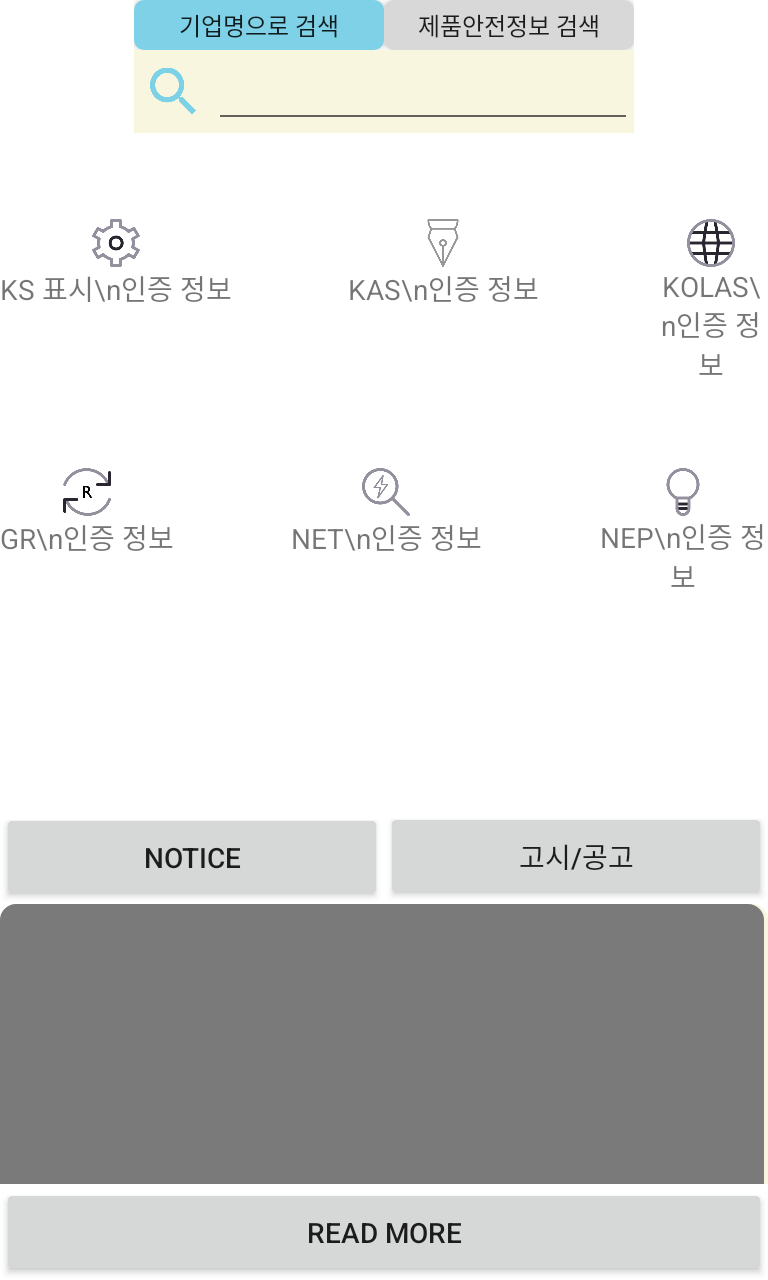
Repository: team-peony/ccfinder
Layout: android/CertifiedCompanyFinder/res/layout/fragment_main.xml
These files come from the project's save history. The layout is drawn as it stood at one moment and after a run of saves; the edit follows.
It is drawn on a 768 x 1280 px phone screen (xhdpi) without system bars, with theme AppTheme; the app's code is not run. Lists and similar views that code fills are empty.

Above is the layout before, as saved 2015-02-19 17:33:45.

### android/CertifiedCompanyFinder/res/layout/fragment_main.xml
<RelativeLayout xmlns:android="http://schemas.android.com/apk/res/android"
    xmlns:tools="http://schemas.android.com/tools"
    android:layout_width="match_parent"
    android:layout_height="match_parent"
    android:layout_marginTop="20dp"
    android:background="#FFFFFF"
    tools:context="com.peony.ccfinder.MainActivity$PlaceholderFragment" >

    <!-- 검색어 입력창 부분 -->
    <LinearLayout
        android:id="@+id/main_llSearch"
        android:layout_centerHorizontal="true"
        android:layout_width="250dp"
        android:layout_height="wrap_content"
        android:orientation="vertical">

        <LinearLayout
            android:layout_width="match_parent"
            android:layout_height="wrap_content"
            android:orientation="horizontal">
            <Button
                android:id="@+id/main_btnCompany"
                android:layout_width="0dp"
                android:layout_height="25dp"
                android:layout_weight="1"
                android:padding="0dp"
                android:textSize="12sp"
                android:background="@drawable/search_type_selected"
                android:text="기업명으로 검색"/>

            <Button
                android:id="@+id/main_btnSafety"
                android:layout_width="0dp"
                android:layout_height="25dp"
                android:layout_weight="1"
                android:padding="0dp"
                android:textSize="12sp"
                android:background="@drawable/search_type_unselected"
                android:text="제품안전정보 검색"/>

        </LinearLayout>

        <LinearLayout
            android:layout_width="match_parent"
            android:layout_height="wrap_content"
            android:orientation="horizontal"
            android:background="@color/cc_color_bage"
            android:gravity="center_vertical">

            <ImageView
                android:layout_width="23dp"
                android:layout_height="25dp"
                android:layout_margin="8dp"
                android:src="@drawable/search_icon" />

            <EditText
                android:id="@+id/main_etKeyword"
                android:layout_width="match_parent"
                android:layout_height="wrap_content"
                android:singleLine="true"
                android:imeOptions="actionSearch"/>

        </LinearLayout>
    </LinearLayout>


    <!-- 카테고리 부분 -->
    <LinearLayout
        android:id="@+id/main_llCategories"
        android:layout_width="wrap_content"
        android:layout_height="wrap_content"
        android:layout_marginTop="43dp"
        android:orientation="vertical"
        android:layout_centerHorizontal="true"
        android:layout_below="@id/main_llSearch">
        <!-- 카테고리 상단 -->
        <LinearLayout
            android:layout_width="wrap_content"
            android:layout_height="wrap_content"
            android:orientation="horizontal">

            <!-- KS -->
            <LinearLayout
                android:id="@+id/main_llCategoryKs"
                android:layout_width="wrap_content"
                android:layout_height="wrap_content"
                android:orientation="vertical"
                android:gravity="center">
	            <ImageView
	                android:layout_width="@dimen/category_icon_size"
	                android:layout_height="@dimen/category_icon_size"
	                android:src="@drawable/ks_icon" />

	            <TextView
	                android:layout_width="wrap_content"
	                android:layout_height="wrap_content"
	                android:text="KS 표시\n인증 정보"
	                android:gravity="center"/>
	        </LinearLayout>

            <!-- KAS -->
            <LinearLayout
                android:id="@+id/main_llCategoryKas"
                android:layout_width="wrap_content"
                android:layout_height="wrap_content"
                android:layout_marginLeft="@dimen/category_padding"
                android:layout_marginRight="@dimen/category_padding"
                android:orientation="vertical"
                android:gravity="center">
	            <ImageView
	                android:layout_width="@dimen/category_icon_size"
	                android:layout_height="@dimen/category_icon_size"
	                android:src="@drawable/kas_icon" />

	            <TextView
	                android:layout_width="wrap_content"
	                android:layout_height="wrap_content"
	                android:text="KAS\n인증 정보"
	                android:gravity="center"/>
	        </LinearLayout>

            <!-- KOLAS -->
            <LinearLayout
                android:id="@+id/main_llCategoryKolas"
                android:layout_width="wrap_content"
                android:layout_height="wrap_content"
                android:orientation="vertical"
                android:gravity="center">
	            <ImageView
	                android:layout_width="@dimen/category_icon_size"
	                android:layout_height="@dimen/category_icon_size"
	                android:src="@drawable/kolas_icon" />

	            <TextView
	                android:layout_width="wrap_content"
	                android:layout_height="wrap_content"
	                android:text="KOLAS\n인증 정보"
	                android:gravity="center"/>
	        </LinearLayout>

        </LinearLayout>


        <!-- 카테고리 하단 -->
        <LinearLayout
            android:layout_marginTop="42dp"
            android:layout_width="wrap_content"
            android:layout_height="wrap_content"
            android:orientation="horizontal">
            <!-- GR -->
            <LinearLayout
                android:id="@+id/main_llCategoryGr"
                android:layout_width="wrap_content"
                android:layout_height="wrap_content"
                android:orientation="vertical"
                android:gravity="center">
	            <ImageView
	                android:layout_width="@dimen/category_icon_size"
	                android:layout_height="@dimen/category_icon_size"
	                android:src="@drawable/gr_icon" />

	            <TextView
	                android:layout_width="wrap_content"
	                android:layout_height="wrap_content"
	                android:text="GR\n인증 정보"
	                android:gravity="center"/>
	        </LinearLayout>

            <!-- NET -->
            <LinearLayout
                android:id="@+id/main_llCategoryNet"
                android:layout_width="wrap_content"
                android:layout_height="wrap_content"
                android:layout_marginLeft="@dimen/category_padding"
                android:layout_marginRight="@dimen/category_padding"
                android:orientation="vertical"
                android:gravity="center">
	            <ImageView
	                android:layout_width="@dimen/category_icon_size"
	                android:layout_height="@dimen/category_icon_size"
	                android:src="@drawable/net_icon" />

	            <TextView
	                android:layout_width="wrap_content"
	                android:layout_height="wrap_content"
	                android:text="NET\n인증 정보"
	                android:gravity="center"/>
	        </LinearLayout>

            <!-- NEP -->
            <LinearLayout
                android:id="@+id/main_llCategoryNep"
                android:layout_width="wrap_content"
                android:layout_height="wrap_content"
                android:orientation="vertical"
                android:gravity="center">
	            <ImageView
	                android:layout_width="@dimen/category_icon_size"
	                android:layout_height="@dimen/category_icon_size"
	                android:src="@drawable/nep_icon" />

	            <TextView
	                android:layout_width="wrap_content"
	                android:layout_height="wrap_content"
	                android:text="NEP\n인증 정보"
	                android:gravity="center"/>
	        </LinearLayout>

        </LinearLayout>

    </LinearLayout>

    <!-- 공지 사항 -->
    <LinearLayout
        android:id="@+id/main_llNoticeArea"
        android:layout_width="match_parent"
        android:layout_height="wrap_content"
        android:orientation="vertical"
        android:layout_alignParentBottom="true">

        <!-- 공지 탭 -->
        <LinearLayout
            android:layout_width="match_parent"
            android:layout_height="wrap_content"
            android:orientation="horizontal">
            <Button
	            android:id="@+id/main_btnTabNotice"
	            android:layout_width="0dp"
	            android:layout_height="wrap_content"
	            android:layout_weight="1"
	            android:text="NOTICE"/>

	        <Button
	            android:id="@+id/main_btnTabGosi"
	            android:layout_width="0dp"
	            android:layout_height="wrap_content"
	            android:layout_weight="1"
	            android:text="고시/공고"/>
        </LinearLayout>

        <ListView
            android:id="@+id/main_lvNotices"
            android:layout_width="match_parent"
            android:layout_height="140dp"
            android:background="@drawable/notice_tab_selected"/>

        <Button
	            android:id="@+id/main_btnReadMore"
	            android:layout_width="match_parent"
	            android:layout_height="wrap_content"
	            android:text="Read more"/>
    </LinearLayout>

</RelativeLayout>

### android/CertifiedCompanyFinder/res/values/styles.xml
<resources>

    <!--
        Base application theme, dependent on API level. This theme is replaced
        by AppBaseTheme from res/values-vXX/styles.xml on newer devices.
    -->
    <style name="AppBaseTheme" parent="Theme.AppCompat.Light">
        <!--
            Theme customizations available in newer API levels can go in
            res/values-vXX/styles.xml, while customizations related to
            backward-compatibility can go here.
        -->
    </style>

    <!-- Application theme. -->
    <style name="AppTheme" parent="AppBaseTheme">
        <!-- All customizations that are NOT specific to a particular API-level can go here. -->
    </style>

</resources>

### android/CertifiedCompanyFinder/res/drawable/search_type_selected.xml
<?xml version="1.0" encoding="utf-8"?>
<shape xmlns:android="http://schemas.android.com/apk/res/android" >
    <solid android:color="@color/cc_color_skyblue"/>
    <corners android:radius="5dp"/>
    <padding android:left="10dp"
        android:top="10dp"
        android:right="10dp"
        android:bottom="10dp"/>

</shape>

### android/CertifiedCompanyFinder/res/drawable/search_type_unselected.xml
<?xml version="1.0" encoding="utf-8"?>
<shape xmlns:android="http://schemas.android.com/apk/res/android" >
    <solid android:color="@color/cc_color_unselected"/>
    <corners android:radius="5dp"/>
    <padding android:left="10dp"
        android:top="10dp"
        android:right="10dp"
        android:bottom="10dp"/>

</shape>

### android/CertifiedCompanyFinder/res/values/colors.xml
<?xml version="1.0" encoding="utf-8"?>
<resources>
    <color name="cc_color_bage">#F8F6DF</color>
    <color name="cc_color_skyblue">#7ED1E6</color>
    <color name="cc_color_unselected">#D8D8D8</color>
    <color name="cc_color_shadow">#7A7A7A</color>
</resources>

### android/CertifiedCompanyFinder/res/values/dimens.xml
<resources>

    <!-- Default screen margins, per the Android Design guidelines. -->
    <dimen name="activity_horizontal_margin">16dp</dimen>
    <dimen name="activity_vertical_margin">16dp</dimen>
	<dimen name="category_icon_size">24dp</dimen>
	<dimen name="category_padding">58dp</dimen>
</resources>

### android/CertifiedCompanyFinder/res/drawable/notice_tab_selected.xml
<?xml version="1.0" encoding="utf-8"?>
<layer-list xmlns:android="http://schemas.android.com/apk/res/android" >
    <item>
        <shape android:shape="rectangle">
		    <corners android:topLeftRadius="8dp"
		        android:topRightRadius="8dp"/>
			<solid android:color="@color/cc_color_bage"/>
		</shape>
    </item>

    <item android:right="2dp">
        <shape android:shape="rectangle">
            <corners android:topLeftRadius="8dp"
		        android:topRightRadius="8dp"/>
			<solid android:color="@color/cc_color_shadow"/>
        </shape>
    </item>
</layer-list>

Loaded but not shown: android/CertifiedCompanyFinder/res/values-v11/styles.xml (common file); android/CertifiedCompanyFinder/res/values-v14/styles.xml (common file)

After the next 2 saves:
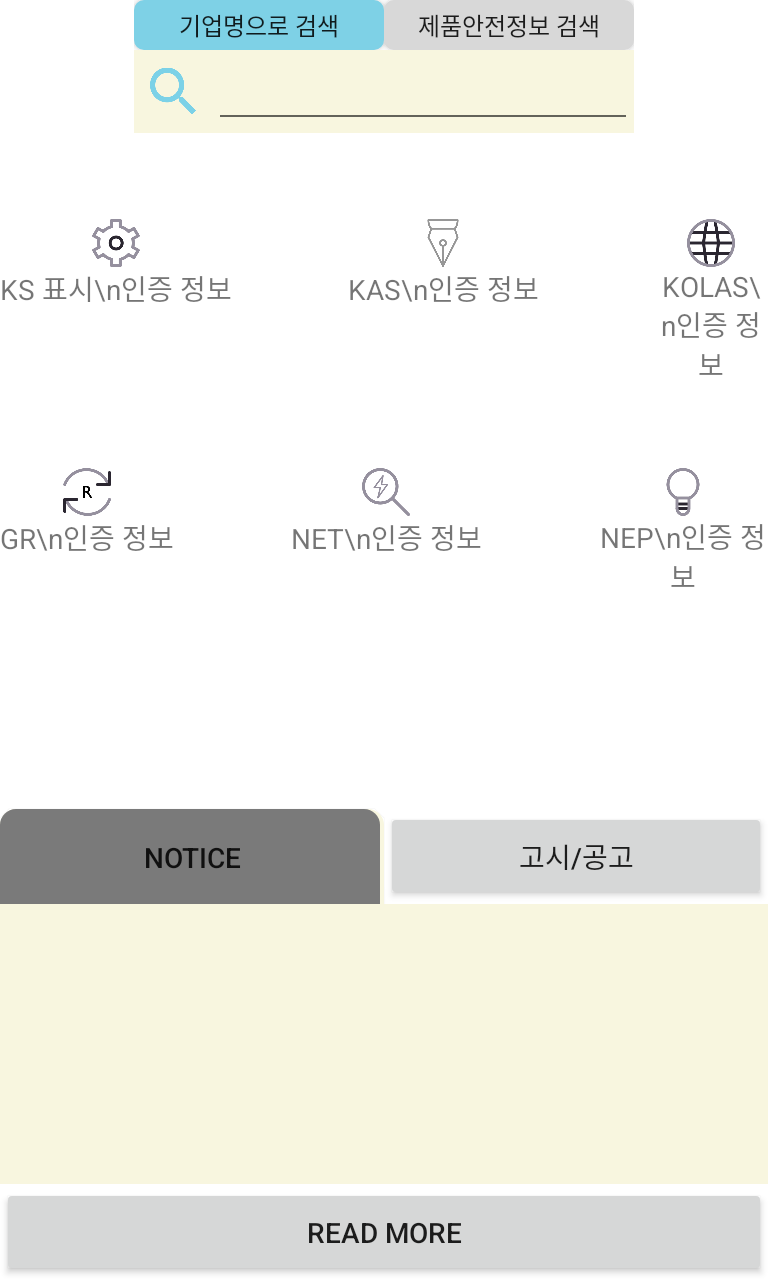
The 2 saves are shown as one change because 1 did not build or start.
The last was saved 101 s later.
--- a/android/CertifiedCompanyFinder/res/layout/fragment_main.xml
+++ b/android/CertifiedCompanyFinder/res/layout/fragment_main.xml
@@ -228,6 +228,7 @@
 	            android:layout_width="0dp"
 	            android:layout_height="wrap_content"
 	            android:layout_weight="1"
+	            android:background="@drawable/notice_tab_selected"
 	            android:text="NOTICE"/>
 
 	        <Button
@@ -242,7 +243,7 @@
             android:id="@+id/main_lvNotices"
             android:layout_width="match_parent"
             android:layout_height="140dp"
-            android:background="@drawable/notice_tab_selected"/>
+            android:background="@color/cc_color_bage"/>
 
         <Button
 	            android:id="@+id/main_btnReadMore"
